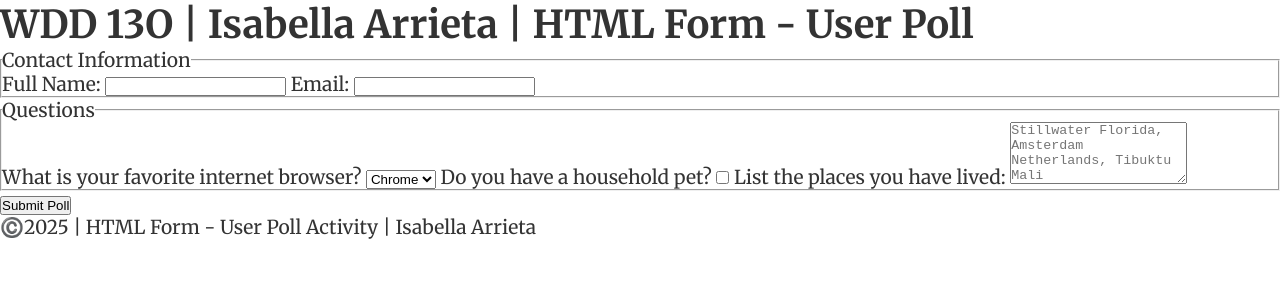
Repository: isaAJ05/wdd130
Page: week05/poll-form.html
An editor plug-in stored every save of this project. The page is shown before and after the next save, followed by the edit.
The browser window is 1280 px wide. The pictures show the whole page.

Above is the page before, as saved 2025-06-14 18:33:29.

### week05/poll-form.html
<!DOCTYPE html>
<html lang="en-us">
<head>
    <meta charset="UTF-8">
    <meta name="viewport" content="width=device-width, initial-scale=1.0">
    <title>WDD 130 | HTML Form - User Poll</title>
    <meta name="description" content="Poll form">
    <meta name="author" content="Isabella Arrieta">
    <link rel="stylesheet" href="styles/poll-form.css">
    <link rel="preconnect" href="https://fonts.googleapis.com">
    <link rel="preconnect" href="https://fonts.gstatic.com" crossorigin>
    <link href="https://fonts.googleapis.com/css2?family=Merriweather:wght@400;700&family=Roboto:wght@400;700&display=swap" rel="stylesheet">
</head>
<body>
    <header>
        <h1>WDD 13O | Isabella Arrieta | HTML Form - User Poll</h1>
    </header>
    <main>
        <form>
            <fieldset>
                <legend>Contact Information</legend>
                <label>Full Name: <input type="text" name="fullname"></label>
                <label>Email: <input type="email" id="useremail" name="useremail"></label>
            </fieldset>
            <fieldset>
                <legend>Questions</legend>
                <label for="browser">What is your favorite internet browser?</label>
                <select id="browser" name="browser">
                    <option value="chrome">Chrome</option>
                    <option value="firefox">Firefox</option>
                    <option value="safari">Safari</option>
                    <option value="edge">Edge</option>
                    <option value="brave">Brave</option>
                    <option value="other">Other</option>
                </select>
                <label for="pet">Do you have a household pet?</label>
                <input type="checkbox" id="pet" name="pet">
                <label for="feedback">List the places you have lived:</label>
                <textarea id="feedback" name="feedback" rows="4" placeholder="Stillwater Florida, Amsterdam Netherlands, Tibuktu Mali"></textarea>
            </fieldset>
            <button type="submit">Submit Poll</button>
        </form>
    </main>
    <footer>
        <p>©️2025 | HTML Form - User Poll Activity | Isabella Arrieta</p>

    </footer>
</body>
</html>

### week05/styles/poll-form.css
* {
    margin: 0;
    padding: 0;
    box-sizing: border-box;
}
body {
  font-family: Merriweather, Georgia, serif;
  font-size: 1.2em;
  color: #333;
  background: #fff;
}

After the next save:
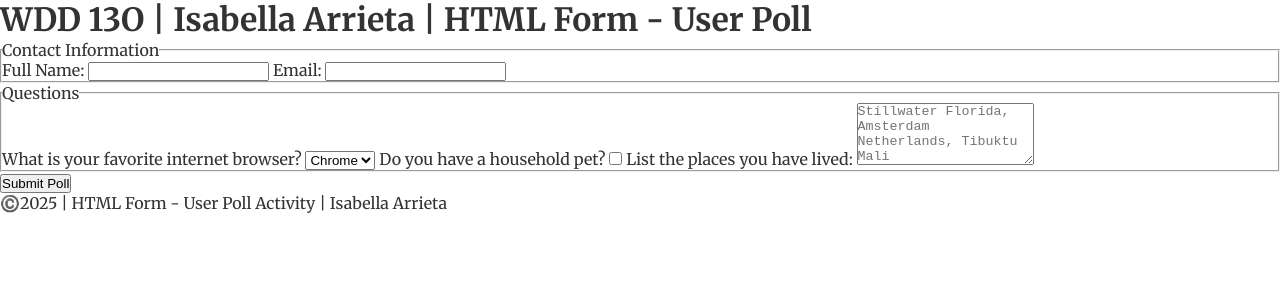
Saved 26 s later.
--- a/week05/styles/poll-form.css
+++ b/week05/styles/poll-form.css
@@ -5,7 +5,7 @@
 }
 body {
   font-family: Merriweather, Georgia, serif;
-  font-size: 1.2em;
+
   color: #333;
   background: #fff;
 }
